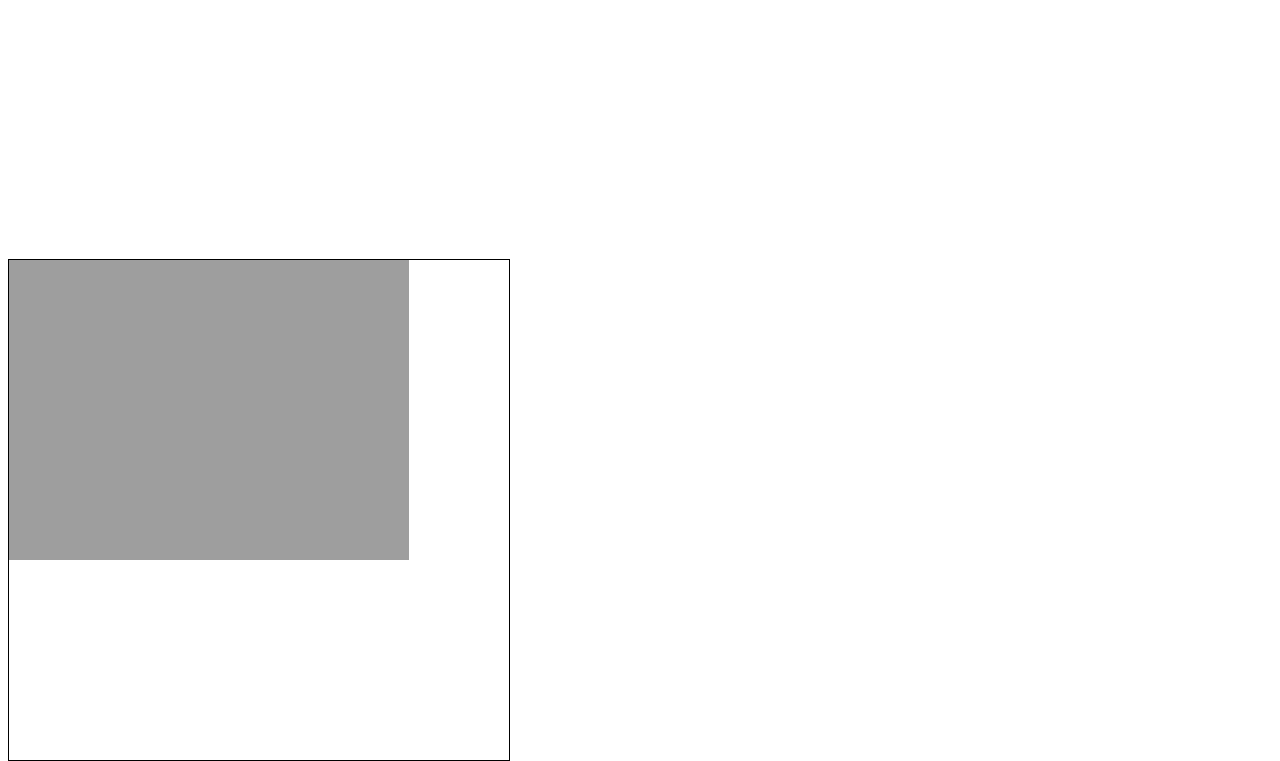
Repository: Tranduchieu2002/FlappyBird
Page: Flappy.html
These files come from the project's save history. The page is drawn as it stood at one moment and after the next save; the edit follows.
The browser window is 1280 px wide. The pictures show the whole page.

Above is the page before, as saved 2021-09-14 14:44:59.

### Flappy.html
<!DOCTYPE html>
<html lang="en">
<head>
   <meta charset="UTF-8">
   <meta http-equiv="X-UA-Compatible" content="IE=edge">
   <meta name="viewport" content="width=device-width, initial-scale=1.0">
   <title>Document</title>
   <style>
      canvas  {
         border: 1px solid;
         transform: translateY(50%)
      }
   </style>
</head>
<body>
   <canvas id="canvas" width="500px" height="500px">

   </canvas>
   <script src="index.js"></script>
</body>
</html>

### index.js
const cvs = document.querySelector("canvas");
const ctx = cvs.getContext("2d");
var bird = new Image();
var bg = new Image();
let fg = new Image();
let pipeSouth = new Image();
let pipeNorth = new Image();
console.log(pipeNorth, pipeSouth);
pipeNorth.src =
  "https://raw.githubusercontent.com/CodeExplainedRepo/FlappyBird-JavaScript/master/images/pipeNorth.png";
pipeSouth.src =
  "https://raw.githubusercontent.com/CodeExplainedRepo/FlappyBird-JavaScript/master/images/pipeSouth.png";
bird.src =
  "https://e7.pngegg.com/pngimages/328/754/png-clipart-flappy-bird-blue-minecraft-bird-flappy-bird-bird.png";
bg.src =
  "https://user-images.githubusercontent.com/18351809/46888871-624a3900-ce7f-11e8-808e-99fd90c8a3f4.png";
pipeSouth.src = pipeNorth.src;
(function draw() {
  const fh = 50;
  const hC = cvs.height;
  let Bx = 50;
  let By = 50;
  let hPassForCg = 7 * fh;
  ctx.drawImage(pipeNorth,100,pipeNorth.length)
  ctx.drawImage(bg, 0, 0);
  ctx.drawImage(bird, 0, 0, 50, 50);
  requestAnimationFrame(draw);
})();

After the next save:
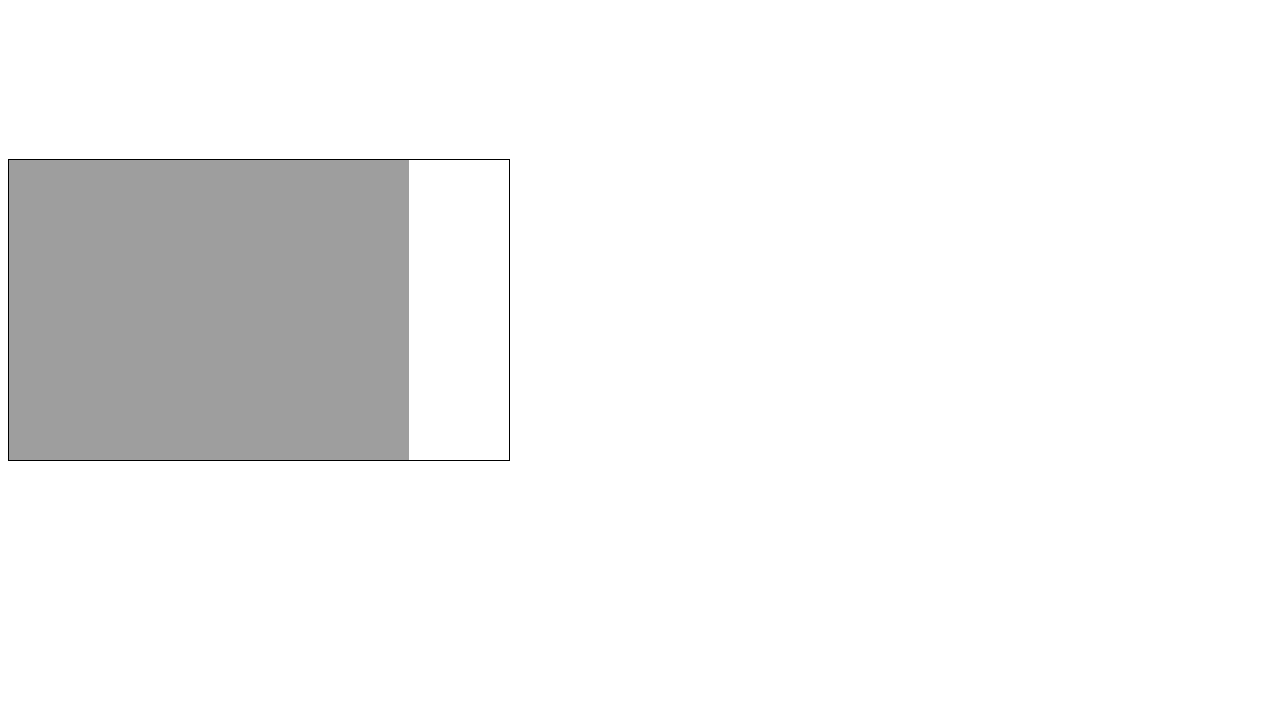
Saved 15 s later.
--- a/Flappy.html
+++ b/Flappy.html
@@ -13,7 +13,7 @@
    </style>
 </head>
 <body>
-   <canvas id="canvas" width="500px" height="500px">
+   <canvas id="canvas" width="500px" height="300px">
 
    </canvas>
    <script src="index.js"></script>

After the save that followed:
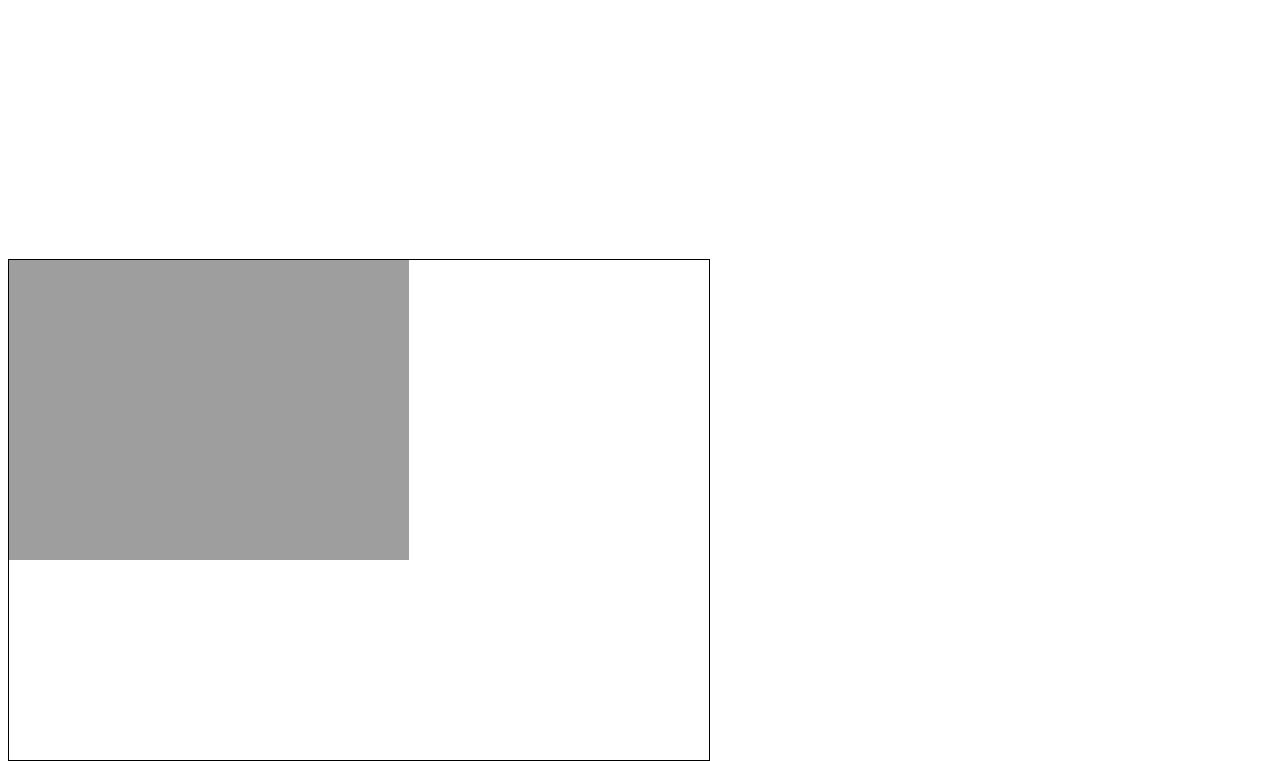
Saved 8 s later.
--- a/Flappy.html
+++ b/Flappy.html
@@ -13,7 +13,7 @@
    </style>
 </head>
 <body>
-   <canvas id="canvas" width="500px" height="300px">
+   <canvas id="canvas" width="700px" height="500px">
 
    </canvas>
    <script src="index.js"></script>
